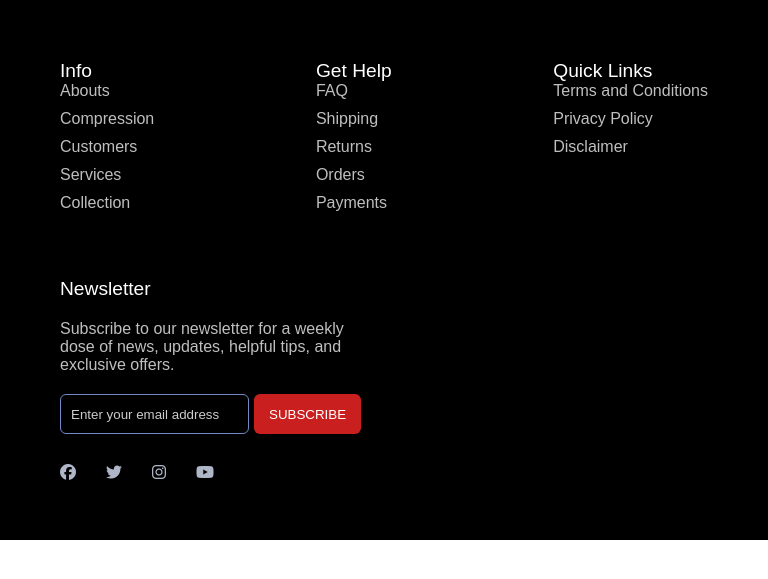
Repository: syni18/responsive_footer
Page: index.html
An editor plug-in stored every save of this project. The page is shown before and after the next save, followed by the edit.
The browser window is 768 px wide. The pictures show the whole page.
Some web libraries are served in a nearby version.

Above is the page before, as saved 2023-11-03 17:25:28.

### index.html
<!DOCTYPE html>
<html lang="en">
<head>
    <meta charset="UTF-8">
    <meta name="viewport" content="width=device-width, initial-scale=1.0">
    <link rel="stylesheet" href="https://cdnjs.cloudflare.com/ajax/libs/font-awesome/6.4.2/css/all.in.css">
    <link rel="stylesheet" href="style.css">
    <title>Responsive footer</title>
</head>
<body>
    <section class="footer">
        <div class="footer-row">
            <div class="footer-col">
                <h4>Info</h4>
                <ul class="links">
                    <li><a href="#">Abouts</a></li>
                    <li><a href="#">Compression</a></li>
                    <li><a href="#">Customers</a></li>
                    <li><a href="#">Services</a></li>
                    <li><a href="#">Collection</a></li>
                </ul>
            </div>

            <div class="footer-col">
                <h4>Get Help</h4>
                <ul class="links">
                    <li><a href="#">FAQ</a></li>
                    <li><a href="#">Shipping</a></li>
                    <li><a href="#">Returns</a></li>
                    <li><a href="#">Orders</a></li>
                    <li><a href="#">Payments</a></li>
                </ul>
            </div>

            <div class="footer-col">
                <h4>Quick Links</h4>
                <ul class="links">
                    <li><a href="#">Terms and Conditions</a></li>
                    <li><a href="#">Privacy Policy</a></li>
                    <li><a href="#">Disclaimer</a></li>
                </ul>
            </div>

            <div class="footer-col">
                <h4>Newsletter</h4>
                <p>
                    Subscribe to our newsletter for a weekly dose of news, updates, helpful tips, and exclusive offers.
                </p>
                <form action="#">
                    <input type="email" name="email" id="email" placeholder="Enter your email address">
                    <button type="submit">SUBSCRIBE</button>
                </form>
                <div class="icons">
                    <i class="fa-brands fa-facebook"></i>
                    <i class="fa-brands fa-twitter"></i>
                    <i class="fa-brands fa-instagram"></i>
                    <i class="fa-brands fa-youtube"></i>
                </div>
            </div>
        </div>
    </section>
</body>
</html>

### style.css
*{
    margin: 0;
    padding: 0;
    box-sizing: border-box;
    font-family: sans-serif;
}
.footer{
    position: absolute;
    top: 50%;
    left: 50%;
    transform: translate(-50%, -50%);
    max-width: 1280px;
    width: 95%;
    background: #000;
    border-radius: 6px;
}
.footer .footer-row{
    display: flex;
    flex-wrap: wrap;
    justify-content: space-between;
    gap: 3.5rem;
    padding: 60px;
}
.footer-row .footer-col h4 {
    color: #fff;
    font-size: 1.2rem;
    font-weight: 400;
}
.footer-col .links li{
    list-style: none;
    margin-bottom: 10px;
}
.footer-col .links li a {
    text-decoration: none;
    color: #bfbfbf;
}
.footer-col .links li a:hover{
    color: #fff;
}
.footer-col p {
    margin: 20px 0;
    color: #bfbfbf;
    max-width: 300px;
}
.footer-col form{
    display: flex;
    gap: 5px;
}
.footer-col input{
    height: 40px;
    border-radius: 6px;
    background: none;
    width: 100%;
    outline: none;
    border: 1px solid #7489c6;
    caret-color: #fff;
    color: #fff;
    padding-left: 10px;
}
.footer-col input::placeholder{
    color: #ccc;
}
.footer-col form button{
    background: #ca1f1f;
    color: #fff;
    outline: none;
    border: none;
    padding: 10px 15px;
    border-radius: 6px;
    cursor: pointer;
    font-weight: 500;
    transition: 0.2s ease;
}
.footer-col form button:hover{
    background: #cecccc;
}
.footer-col .icons {
    display: flex;
    margin-top: 30px;
    gap: 30px;
    cursor: pointer;
}
.footer-col .icons i {
    color: #afb6c7;
}

@media (max-width: 768px) {
    .footer{
        position: relative;
        bottom: 0;
        left: 0;
        transform: none;
        width: 100%;
        border-radius: 0;
    }
    .footer .footer-row{
        p
    }
}

After the next save:
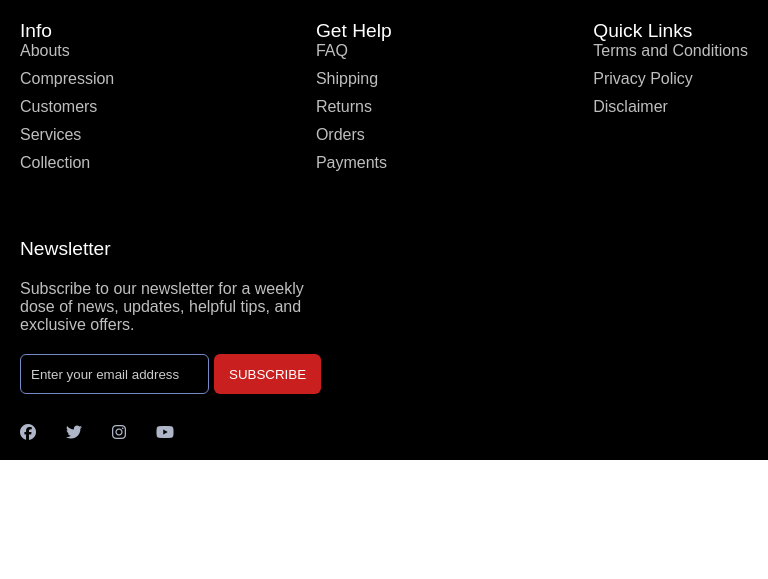
Saved 4 s later.
--- a/style.css
+++ b/style.css
@@ -94,6 +94,7 @@
         border-radius: 0;
     }
     .footer .footer-row{
-        p
+        padding: 20px;
+
     }
 }
